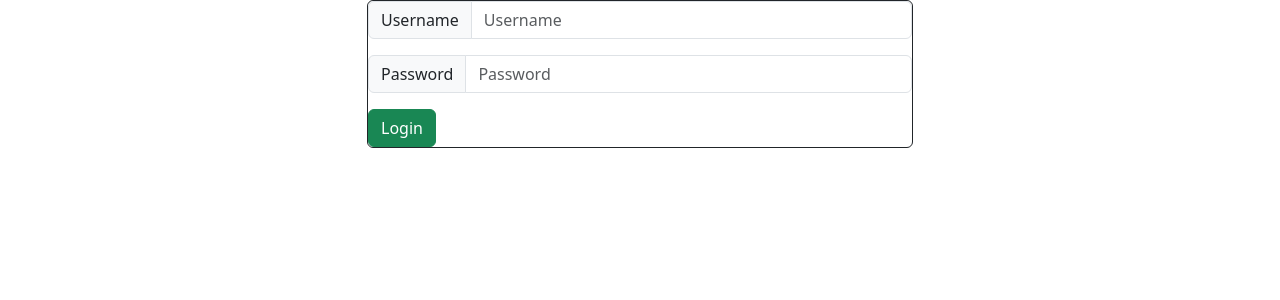
Repository: FrancescoGiordano23/WebappKebab
Page: http://localhost/EsercizioKebab/
An editor plug-in stored every save of this project. The page is shown before and after the next save, followed by the edit.
The browser window is 1280 px wide. The pictures show the whole page.
The page is served by Tomcat 10.

Above is the page before, as saved 2024-08-02 12:30:07.

After the next save:
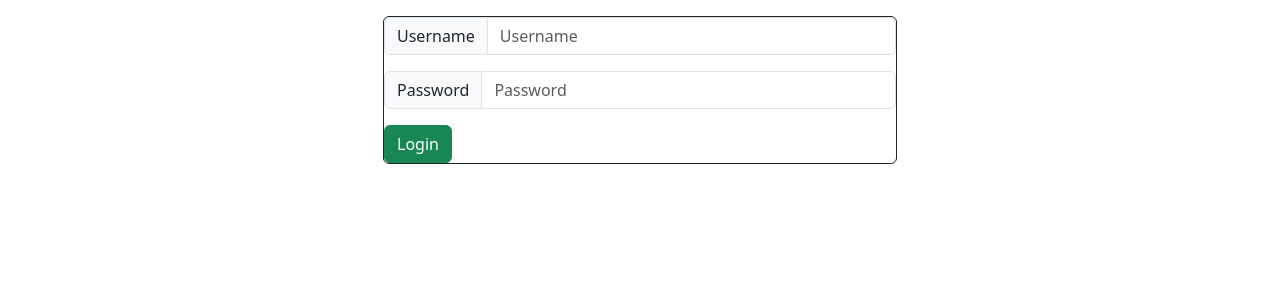
Saved 54 s later.
--- a/EsercizioKebab/src/main/webapp/login.jsp
+++ b/EsercizioKebab/src/main/webapp/login.jsp
@@ -24,7 +24,7 @@
 			<!-- CENTER -->
 
 			<div class="col-6">
-				<div class="border border-dark rounded ">
+				<div class="border border-dark rounded m-3">
 					<form action="LoginServlet" method="post">
 						<div class="input-group mb-3">
 							<span class="input-group-text" id="basic-addon-username">Username</span>
